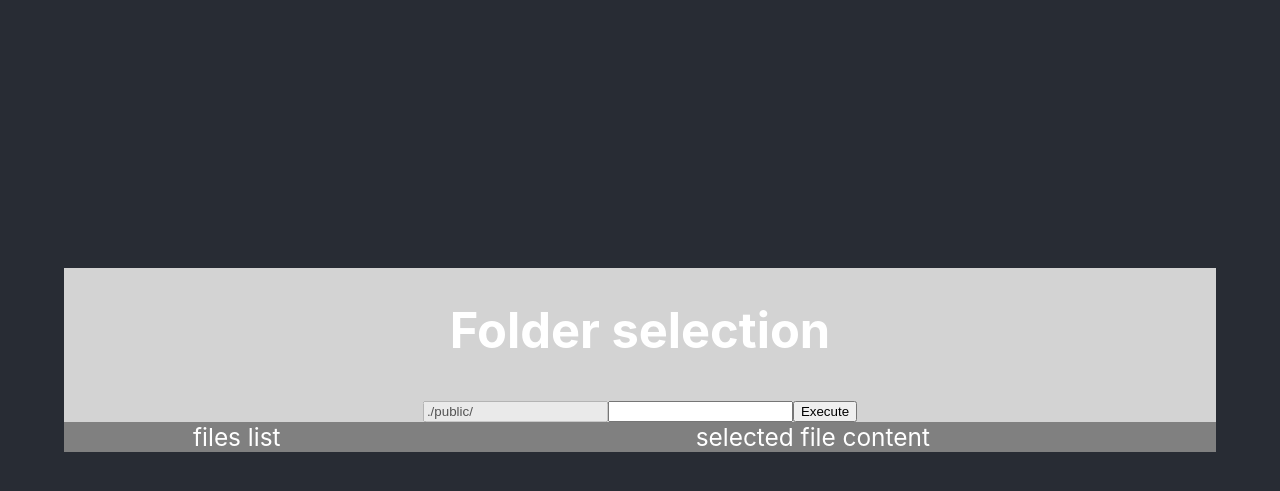
Repository: idubi/DevopsCourse
Page: / (app in lesson03/assignment/client/)
An editor plug-in stored every save of this project. The page is shown before and after the next save, followed by the edit.
The browser window is 1280 px wide. The pictures show the whole page.
The project was rebuilt for these pictures with package versions that can differ from the ones it lists, and the page was loaded fresh each time.

Above is the page before, as saved 2023-06-15 03:08:13.

After the next save:
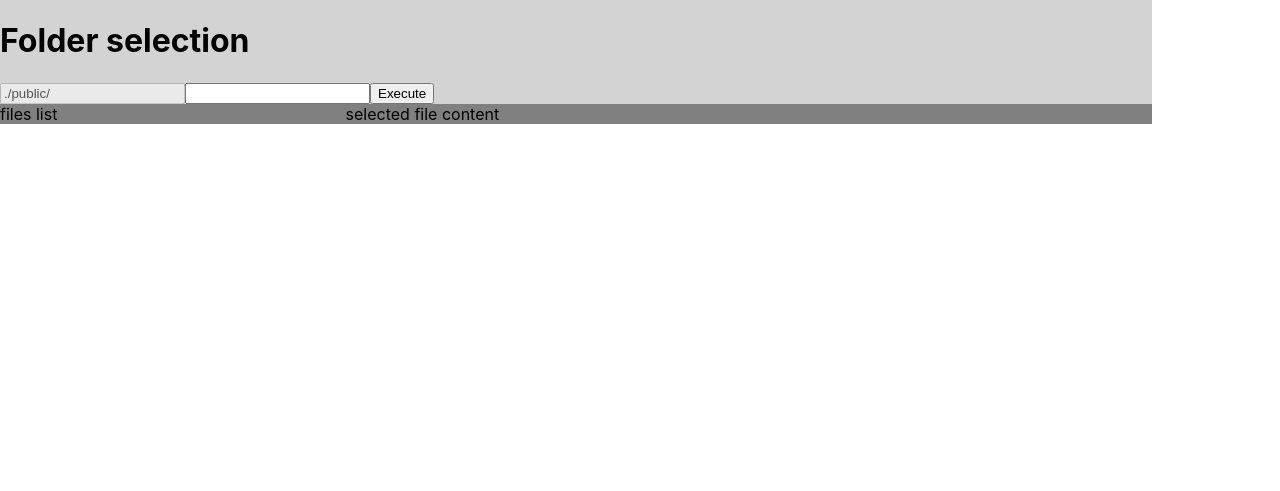
Saved 5 min 0 s later.
--- a/lesson03/assignment/client/src/App.js
+++ b/lesson03/assignment/client/src/App.js
@@ -5,8 +5,8 @@ import styled from "styled-components";
 
 function App() {
   return (
-    <Container className="App">
-      <header className="App-header">
+    <Container>
+      <header>
         <FileBrowser></FileBrowser>
       </header>
     </Container>
